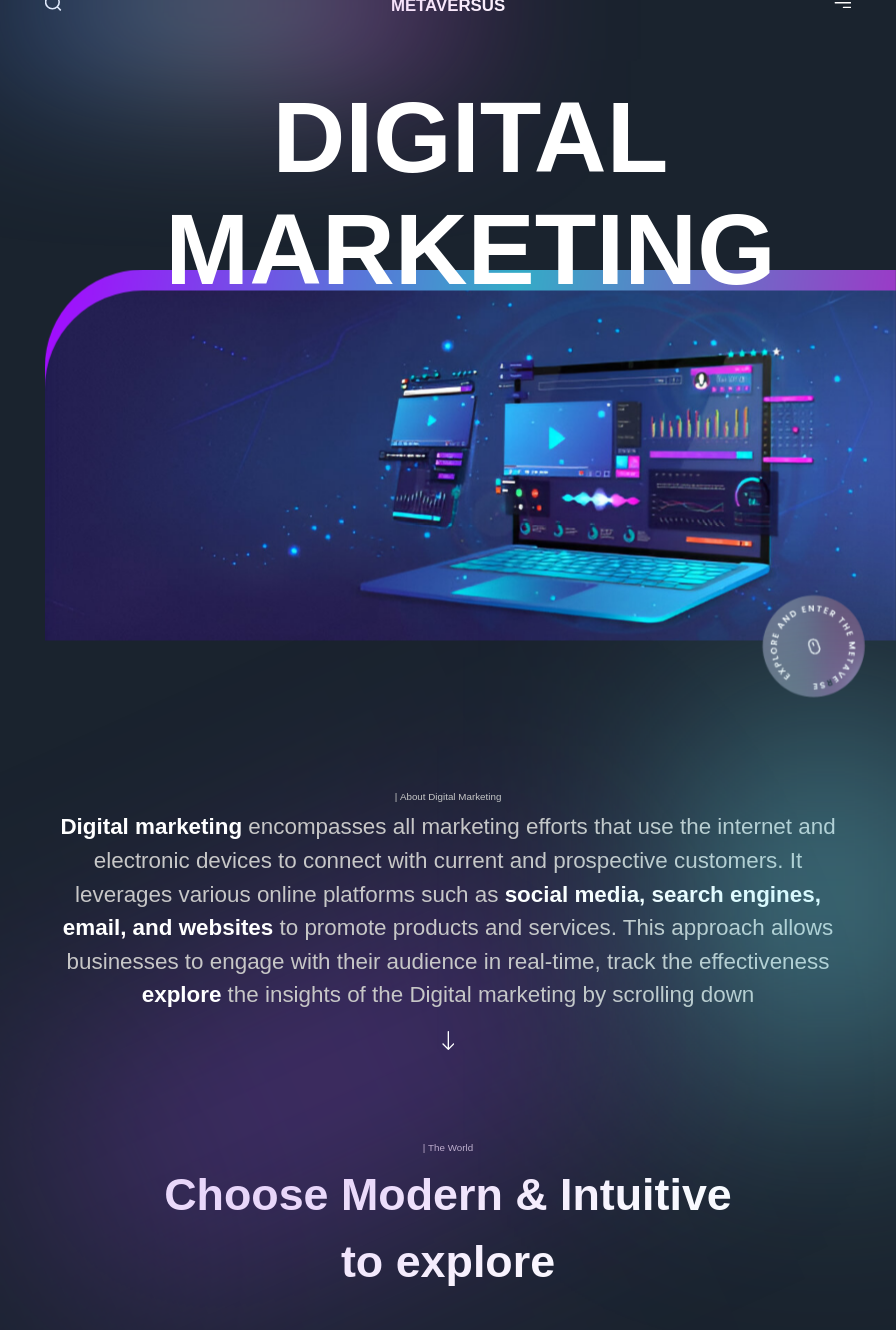
Repository: Shanuga123/metaversus
Page: /
An editor plug-in stored every save of this project. The page is shown before and after the next save, followed by the edit.
The browser window is 1280 px wide. The pictures show the part of the page from y = 40 to 1940 px (the page is 7302 px tall), at 70% of full size.
Pictures or frames that could not be fetched are drawn as grey boxes. Some web fonts or font styles are not loaded; a fallback is used. The project was rebuilt for these pictures with package versions that can differ from the ones it lists, and the page was loaded fresh each time. The framework's server and built-in components were replaced by stand-ins that run in the browser. Also part of the build but not shown: next.config.js.

Above is the page before, as saved 2024-08-05 21:58:57.

After the next save:
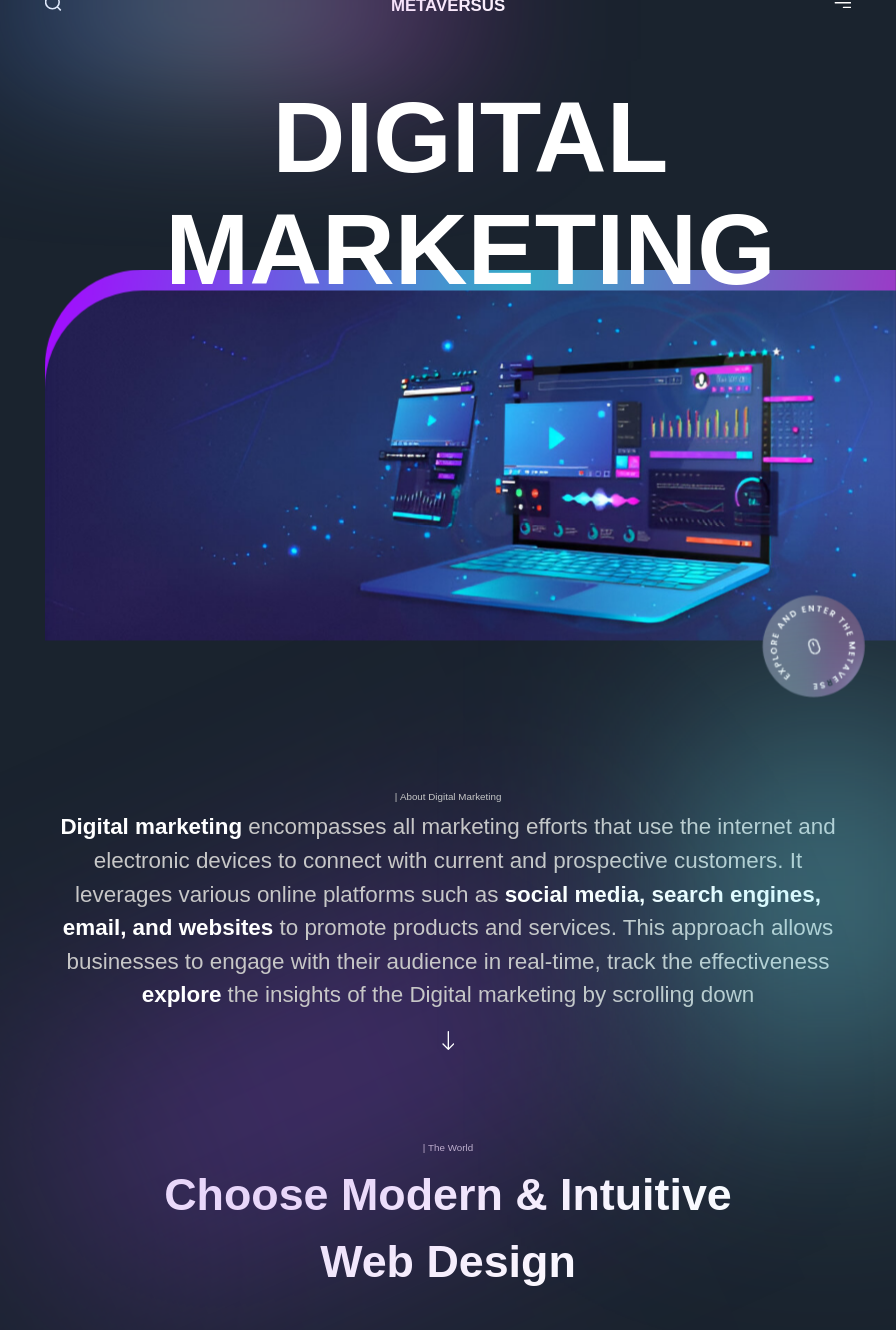
Saved 9 s later.
--- a/sections/Explore.jsx
+++ b/sections/Explore.jsx
@@ -22,7 +22,7 @@ const Explore = () => {
       >
         <TypingText title="| The World" textStyles="text-center" />
         <TitleText
-          title={<>Choose Modern & Intuitive <br className="md:block hidden" /> to explore</>}
+          title={<>Choose Modern & Intuitive <br className="md:block hidden" /> Web Design</>}
           textStyles="text-center"
         />
         <div className="mt-[50px] flex lg:flex-row flex-col min-h-[70vh] gap-5">
